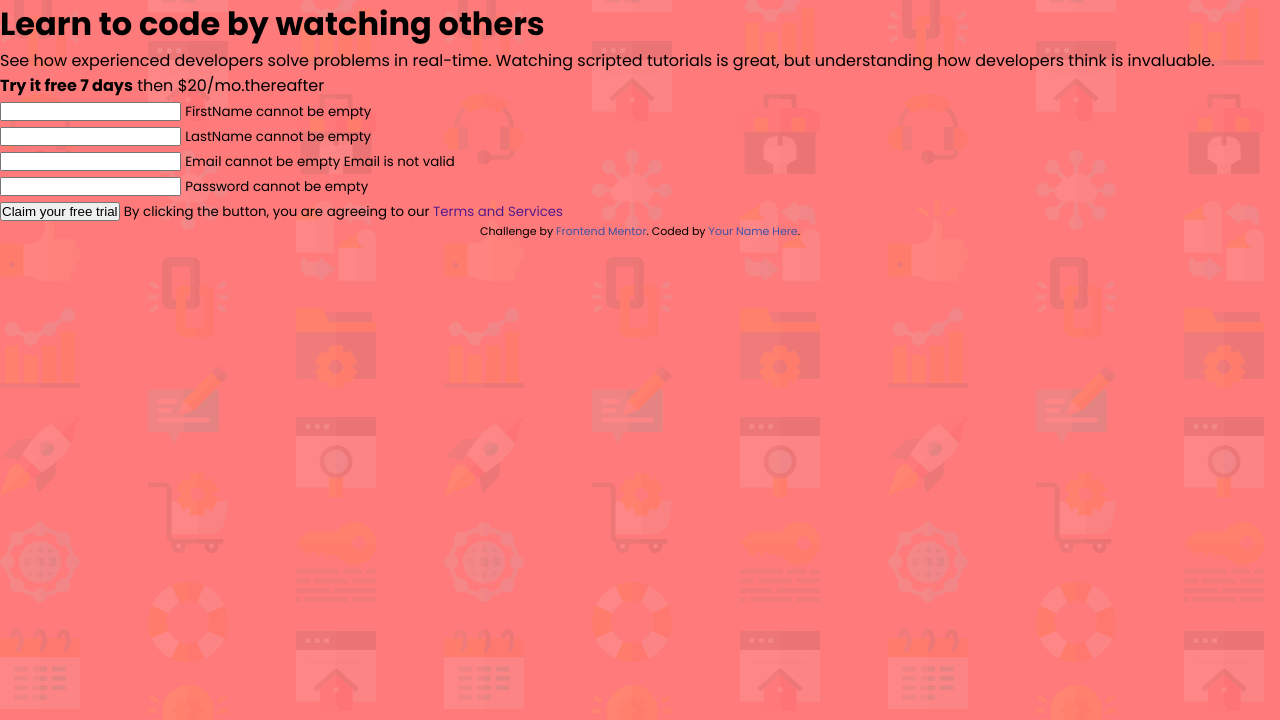
Repository: Akashiii1/WebSignup_Form_Day2
Page: index.html
These files come from the project's save history. The page is drawn as it stood at one moment and after the next save; the edit follows.
The browser window is 1280 px wide. The pictures show the whole page.

Above is the page before, as saved 2021-12-19 16:35:09.

### index.html
<!DOCTYPE html>
<html lang="en">
  <head>
    <meta charset="UTF-8" />
    <meta name="viewport" content="width=device-width, initial-scale=1.0" />
    <!-- displays site properly based on user's device -->

    <link
      rel="icon"
      type="image/png"
      sizes="32x32"
      href="./images/favicon-32x32.png"
    />

    <title>Frontend Mentor | Intro component with sign up form</title>

    <!-- Feel free to remove these styles or customise in your own stylesheet 👍 -->
    <link rel="stylesheet" href="style.css" />
    <style>
      .attribution {
        font-size: 11px;
        text-align: center;
      }

      .attribution a {
        color: hsl(228, 45%, 44%);
      }
    </style>
  </head>

  <body>
    <!--




  First Name
  Last Name
  Email Address
  Password



   -->
    <div class="container">
      <div>
        <h1>Learn to code by watching others</h1>
        <p>
          See how experienced developers solve problems in real-time. Watching
          scripted tutorials is great, but understanding how developers think is
          invaluable.
        </p>
      </div>
      <div>
        <div class="box">
          <p><strong> Try it free 7 days</strong> then $20/mo.thereafter</p>
        </div>
        <form action="" class="box">
          <div class="form-control">
            <input type="text" id="firstName" >
            <small>FirstName cannot be empty</small>
          </div>
          <div class="form-control">
            <input type="text" id="lastName">
            <small>LastName cannot be empty</small>
          </div>
          <div class="form-control">
            <input type="email" id="email">
            <small> Email cannot be empty </small>
            <small> Email is not valid</small>

          </div>
          <div class="form-control">
            <input type="password" id="passWord"/>
            <small> Password cannot be empty </small>
          </div>
          <button>Claim your free trial</button>
          <small
            >By clicking the button, you are agreeing to our
            <a href="">Terms and Services</a></small
          >
        </form>
      </div>
    </div>
    <footer>
      <p class="attribution">
        Challenge by
        <a href="https://www.frontendmentor.io?ref=challenge" target="_blank"
          >Frontend Mentor</a
        >. Coded by <a href="#">Your Name Here</a>.
      </p>
    </footer>
    <script src="app.js"></script>
  </body>
</html>

### style.css
@import url('https://fonts.googleapis.com/css2?family=Poppins:wght@400;500;600;700&display=swap');
html {
box-sizing: border-box;
}
*{
margin: 0;
padding: 0;
}
*,*:before,*:after {
box-sizing: border-box;
}
input,
textarea,
select,
button{
outline: none;
}
input{
line-height: normal;
}
label,
button{
cursor: pointer;
}
a {
text-decoration: none;
}
img {
display: block;
max-width: 100%;
}
body{
  font-family: 'Poppins', sans-serif;
  background: url(images/bg-intro-desktop.png);
  background-color: hsl(0, 100%, 74%) ;
}

Loaded but not shown: app.js (no stored copy; drawn as an empty file)

After the next save:
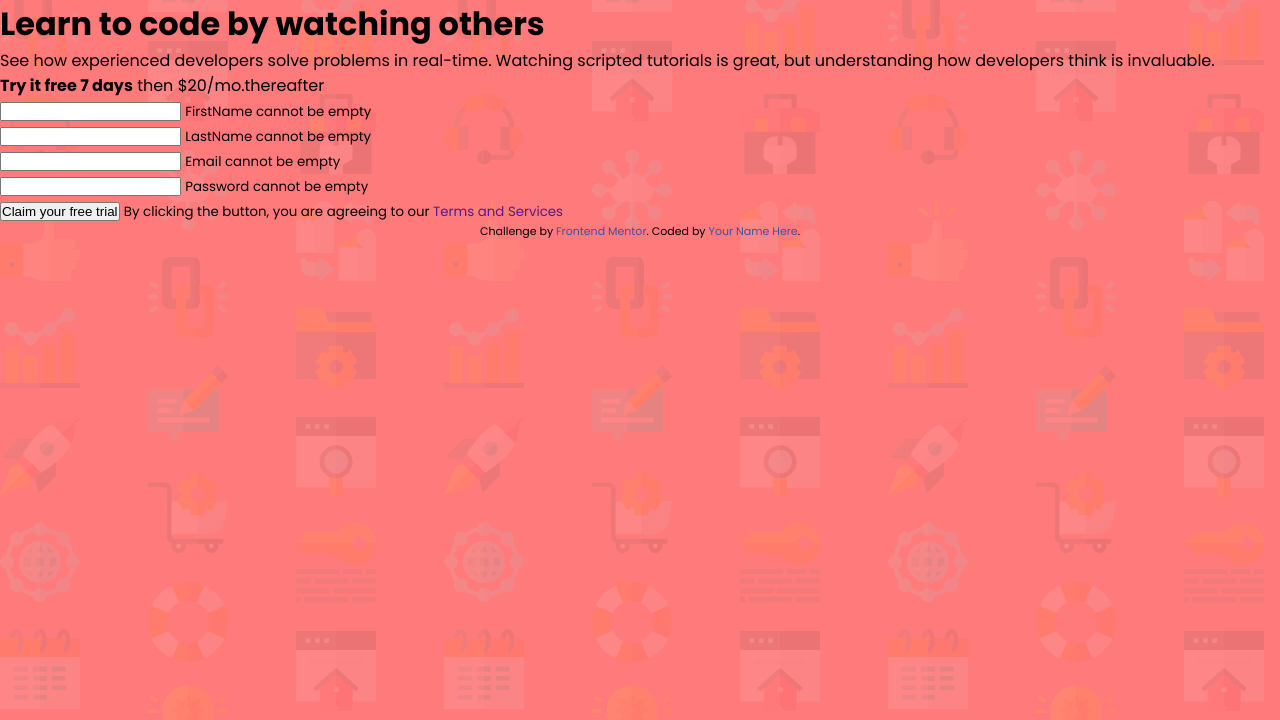
Saved 42 s later.
--- a/index.html
+++ b/index.html
@@ -67,7 +67,7 @@
           <div class="form-control">
             <input type="email" id="email">
             <small> Email cannot be empty </small>
-            <small> Email is not valid</small>
+            <!-- <small> Email is not valid</small> -->
 
           </div>
           <div class="form-control">
